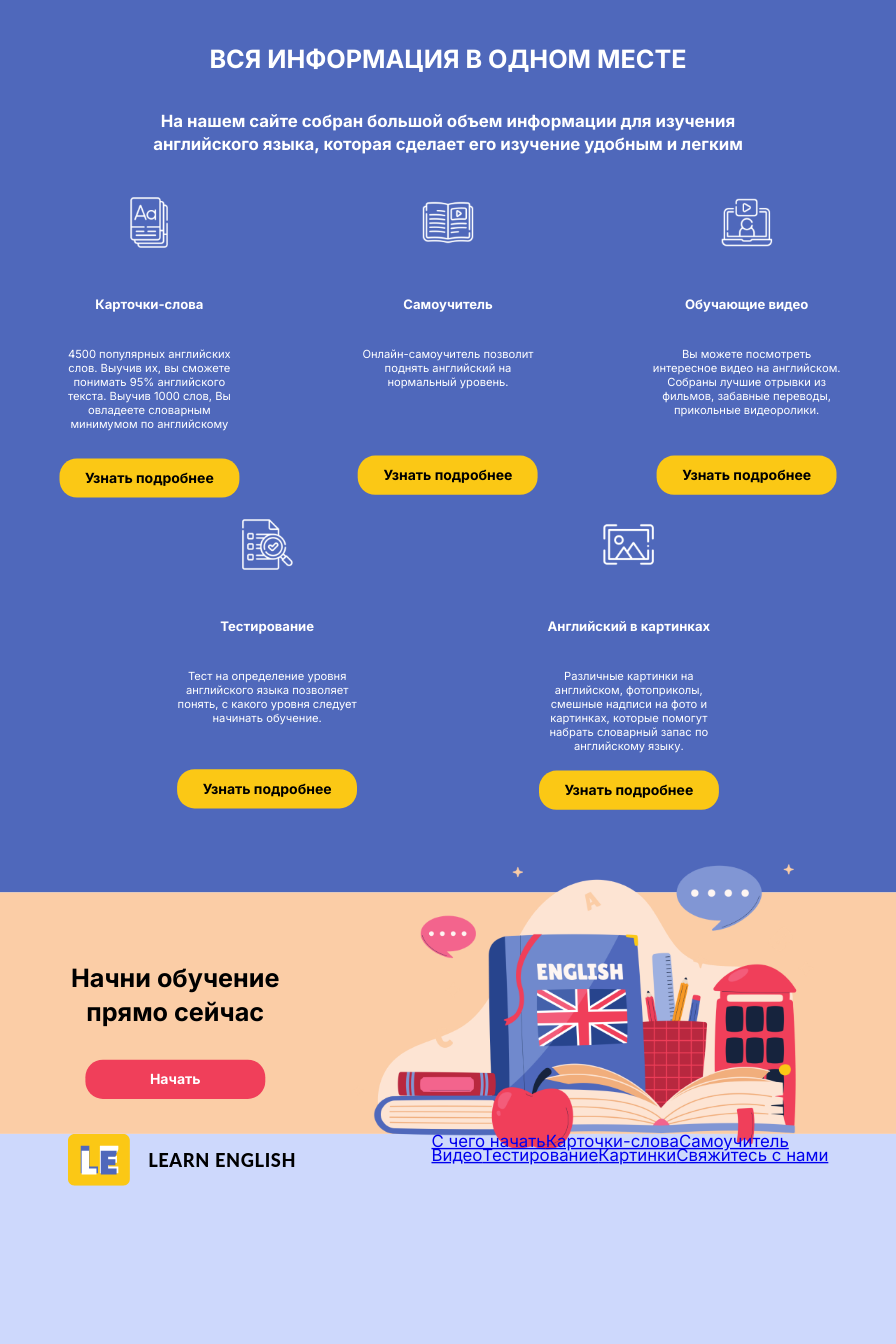
Repository: WladimirVA/Diplom
Page: scool/index.html
An editor plug-in stored every save of this project. The page is shown before and after the next save, followed by the edit.
The browser window is 1280 px wide. The pictures show the part of the page from y = 1377 to 3297 px (the page is 3297 px tall), at 70% of full size.

Above is the page before, as saved 2023-07-19 14:57:37.

After the next save:
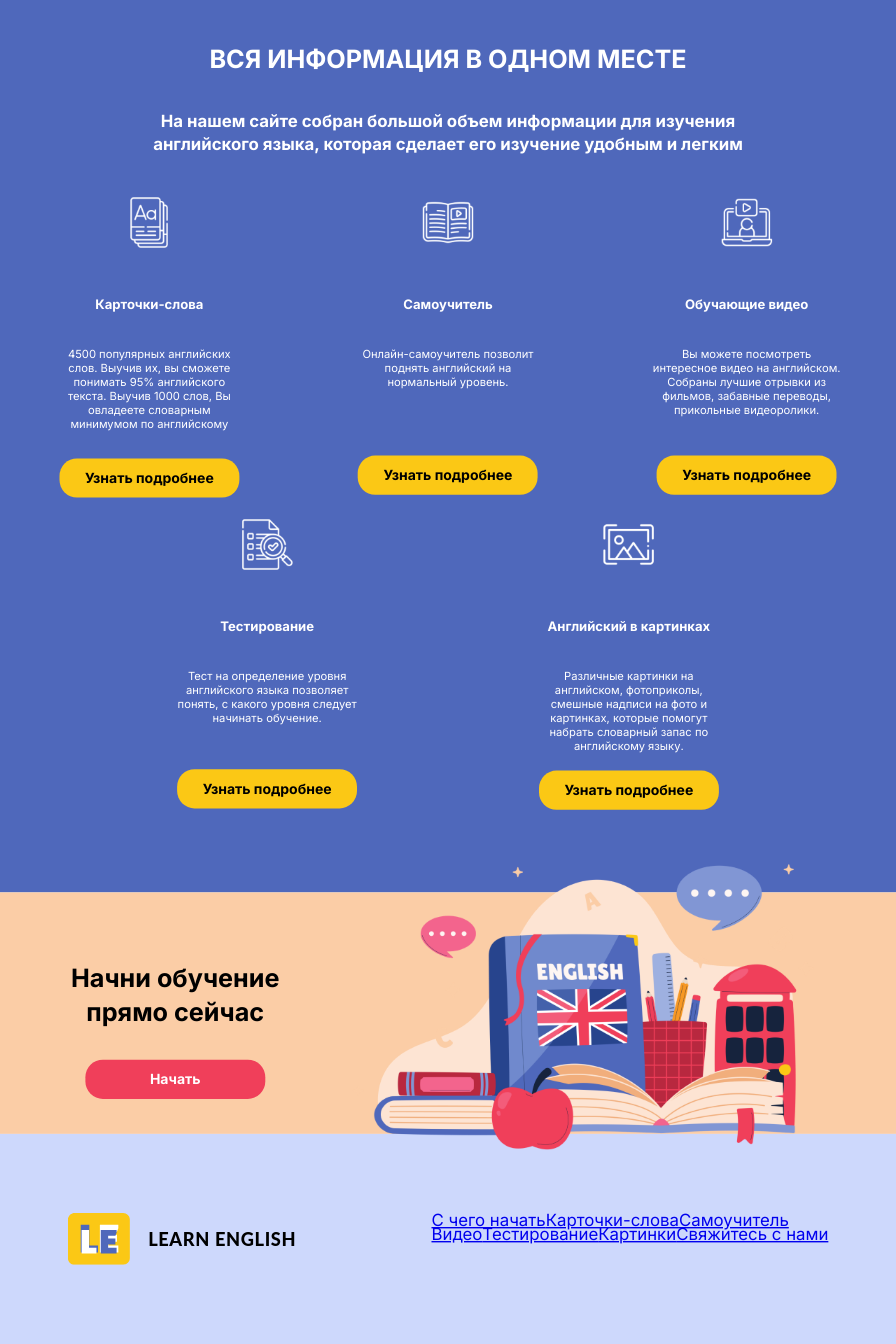
Saved 94 s later.
--- a/scool/css/index.css
+++ b/scool/css/index.css
@@ -353,6 +353,8 @@ ul.ddropdownn .ddropdownn-inside a:hover {/* Цвет фона изменитс
     background:rgba(205, 216, 252, 1);
     height: 300px;
     align-items: center;
+    display: grid;
+    justify-items: stretch;
 }
 
 .section-footer {
